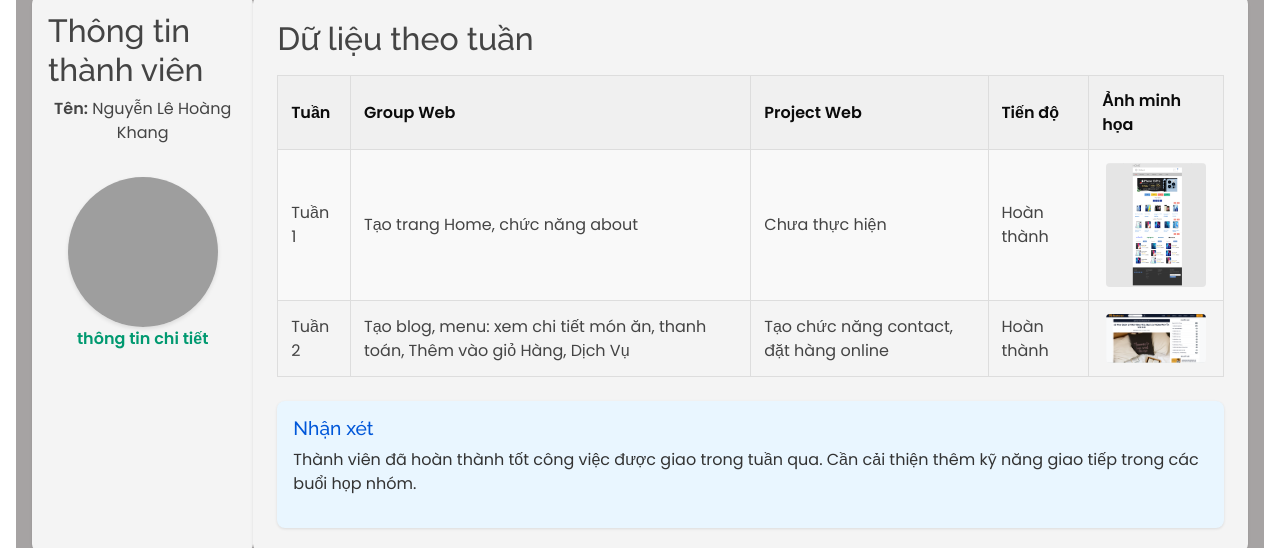
Repository: HoangKhangKhuPho4/Group_Web
Page: results.html
An editor plug-in stored every save of this project. The page is shown before and after the next save, followed by the edit.
The browser window is 1280 px wide. The pictures show the part of the page from y = 1113 to 1661 px (the page is 3095 px tall).
Pictures or frames that could not be fetched are drawn as grey boxes. A picture or video elsewhere on the page could not be fetched, so the positions and the page height are approximate.

Above is the page before, as saved 2025-01-18 19:52:52.

### results.html
<!DOCTYPE html>
<html lang="en">
<head>
    <meta charset="UTF-8">
    <meta name="viewport" content="width=device-width, initial-scale=1.0">
    <title>Thông tin thành viên</title>
    <!-- Favicons -->
    <link href="assets/img/favicon.png" rel="icon" />
    <link href="assets/img/apple-touch-icon.png" rel="apple-touch-icon" />

    <!-- Google Fonts -->
    <link
      href="https://fonts.googleapis.com/css?family=Open+Sans:300,300i,400,400i,600,600i,700,700i|Raleway:300,300i,400,400i,500,500i,600,600i,700,700i|Poppins:300,300i,400,400i,500,500i,600,600i"
      rel="stylesheet"
    />

    <!-- Vendor CSS Files -->
    <link href="assets/vendor/aos/aos.css" rel="stylesheet" />
    <link
      href="assets/vendor/bootstrap/css/bootstrap.min.css"
      rel="stylesheet"
    />
    <link
      href="assets/vendor/bootstrap-icons/bootstrap-icons.css"
      rel="stylesheet"
    />
    <link href="assets/vendor/boxicons/css/boxicons.min.css" rel="stylesheet" />
    <link
      href="assets/vendor/glightbox/css/glightbox.min.css"
      rel="stylesheet"
    />
    <link href="assets/vendor/remixicon/remixicon.css" rel="stylesheet" />
    <link href="assets/vendor/swiper/swiper-bundle.min.css" rel="stylesheet" />

    <!-- Bootstrap Icons -->
    <link
      href="https://cdn.jsdelivr.net/npm/bootstrap-icons@1.10.5/font/bootstrap-icons.css"
      rel="stylesheet"
    />

    <!-- Template Main CSS File -->
    <link href="assets/css/style.css" rel="stylesheet" />
    <link rel="stylesheet" href="css\result.css">
</head>
<body>
    <!-- ======= Header ======= -->
    <header id="header" class="fixed-top d-flex align-items-center">
        <div class="container-header">
            <div class="header-container d-flex align-items-center justify-content-between">
                <div class="logo">
                    <h1 class="text-light">
                        <a href="index.html"><span>Group 15</span></a>
                    </h1>
                </div>

                <nav id="navbar" class="navbar">
                    <ul>
                        <li>
                            <a class="nav-link scrollto " href="index.html">Home</a>
                        </li>
                        <li><a class="nav-link scrollto" href="about.html">About</a></li>
                        <li>
                            <a class="nav-link scrollto" href="groupDiary.html">Group Diary</a>
                        </li>
                        <li>
                            <a class="nav-link scrollto" href="technical.html">Technical</a>
                        </li>
                        <li>
                            <a class="nav-link scrollto" href="styleguide.html">Style Guide</a>
                        </li>
                        <li>
                            <a class="nav-link scrollto active" href="results.html">Results</a>
                        </li>
                        <li>
                            <a class="nav-link scrollto" href="project.html">Project</a>
                        </li>
                        <li>
                            <a class="nav-link scrollto" href="contact.html">Contact</a>
                        </li>
                    </ul>
                    <i class="bi bi-list mobile-nav-toggle"></i>
                </nav>
                <!-- .navbar -->
            </div>
            <!-- End Header Container -->
        </div>
    </header>

    <div class="container-content">
        <div class="main-content">
            <div class="member-info">
                <h2>Thông tin thành viên</h2>
                <div class="member-card">
                    <p><strong>Tên:</strong> Dương Quốc Toàn</p>
                    <img src="assets/img/team/team-1.jpg" alt="Ảnh thành viên" class="member-photo">
                    <p><strong><a href="https://www.facebook.com/share/KgZ8NYxNgyUj9bbq/">thông tin chi tiết</a></strong></p>
                </div>
            </div>
            <div class="weekly-data">
                <h2>Dữ liệu theo tuần</h2>
                <table>
                    <thead>
                        <tr>
                            <th>Tuần</th>
                            <th>Công việc đã làm</th>
                            <th>Tiến độ</th>
                            <th>Ảnh minh họa</th>
                        </tr>
                    </thead>
                    <tbody>
                        <tr>
                            <td>Tuần 1</td>
                            <td>Tạo chức năng Group Diary</td>
                            <td>Hoàn thành</td>
                            <td>
                                <img src="img\project\groupDiary.png" alt="Ảnh tuần 1" class="week-photo">
                            </td>
                        </tr>
                        <tr>
                            <td>Tuần 2</td>
                            <td>Tạo home:giới thiệu món ăn, đầu bếp,các chương trình khuyến mãi</td>
                            <td>Đang thực hiện</td>
                            <td>
                                <img src="assets\img\project\Home_Group11_Figma.jpg" alt="Ảnh tuần 2" class="week-photo">
                            </td>
                        </tr>
                    </tbody>
                </table>
                <div class="feedback">
                    <h3>Nhận xét</h3>
                    <p>Thành viên đã hoàn thành tốt công việc được giao trong tuần qua. Cần cải thiện thêm kỹ năng giao tiếp trong các buổi họp nhóm.</p>
                </div>
            </div>
        </div>
        <div class="main-content">
            <div class="member-info">
                <h2>Thông tin thành viên</h2>
                <div class="member-card">
                    <p><strong>Tên:</strong> Đặng Thị Mỹ Hạnh</p>
                    <img src="assets/img/team/team-2.jpg" alt="Ảnh thành viên" class="member-photo">
                    <p><strong><a href="https://www.facebook.com/profile.php?id=100024623842401">thông tin chi tiết</a></strong></p>
                </div>
            </div>
            <div class="weekly-data">
                <h2>Dữ liệu theo tuần</h2>
                <table>
                    <thead>
                        <tr>
                            <th>Tuần</th>
                            <th>Công việc đã làm</th>
                            <th>Tiến độ</th>
                            <th>Ảnh minh họa</th>
                        </tr>
                    </thead>
                    <tbody>
                        <tr>
                            <td>Tuần 1</td>
                            <td>Tạo chức năng Style Guide, Result</td>
                            <td>Hoàn thành</td>
                            <td>
                                <img src="img\project\styleGiay.png" alt="Ảnh tuần 1" class="week-photo">
                            </td>
                        </tr>
                        <tr>
                            <td>Tuần 2</td>
                            <td>Tạo chức năng contact, đặt hàng online</td>
                            <td>Đang thực hiện</td>
                            <td>
                                <img src="img\project\contactFigma.jpg" alt="Ảnh tuần 2" class="week-photo">
                            </td>
                        </tr>
                    </tbody>
                </table>
                <div class="feedback">
                    <h3>Nhận xét</h3>
                    <p>Thành viên đã hoàn thành tốt công việc được giao trong tuần qua. Cần cải thiện thêm kỹ năng giao tiếp trong các buổi họp nhóm.</p>
                </div>
            </div>
        </div>
   <!-- ...existing code... -->
<div class="main-content">
    <div class="member-info">
        <h2>Thông tin thành viên</h2>
        <div class="member-card">
            <p><strong>Tên:</strong> Nguyễn Lê Hoàng Khang</p>
            <img src="assets/img/team/team-3.png" alt="Ảnh thành viên" class="member-photo">
            <p><strong><a href="https://www.facebook.com/profile.php?id=100088292157574&locale=vi_VN">thông tin chi tiết</a></strong></p>
        </div>
    </div>
    <div class="weekly-data">
        <h2>Dữ liệu theo tuần</h2>
        <table>
            <thead>
                <tr>
                    <th>Tuần</th>
                    <th>Group Web</th>
                    <th>Project Web</th>
                    <th>Tiến độ</th>
                    <th>Ảnh minh họa</th>
                </tr>
            </thead>
            <tbody>
                <tr>
                    <td>Tuần 1</td>
                    <td>Tạo trang Home, chức năng about</td>
                    <td>Chưa thực hiện</td>
                    <td>Hoàn thành</td>
                    <td>
                        <img src="img\project\home.png" alt="Ảnh tuần 1" class="week-photo">
                    </td>
                </tr>
                <tr>
                    <td>Tuần 2</td>
                    <td>Tạo blog, menu: xem chi tiết món ăn, thanh toán, Thêm vào giỏ Hàng, Dịch Vụ</td>
                    <td>Tạo chức năng contact, đặt hàng online</td>
                    <td>Hoàn thành</td>
                    <td>
                        <img src="img\project\bolg.png" alt="Ảnh tuần 2" class="week-photo">
                    </td>
                </tr>
            </tbody>
        </table>
        <div class="feedback">
            <h3>Nhận xét</h3>
            <p>Thành viên đã hoàn thành tốt công việc được giao trong tuần qua. Cần cải thiện thêm kỹ năng giao tiếp trong các buổi họp nhóm.</p>
        </div>
    </div>
</div>
<!-- ...existing code... -->
        <div class="main-content">
            <div class="member-info">
                <h2>Thông tin thành viên</h2>
                <div class="member-card">
                    <p><strong>Tên:</strong> Võ Hoàng Nam</p>
                    <img src="assets/img/team/team-4.jpg" alt="Ảnh thành viên" class="member-photo">
                    <p><strong><a href="https://www.facebook.com/profile.php?id=100053449847355&mibextid=kFxxJD">thông tin chi tiết</a></strong></p>
                </div>
            </div>
            <div class="weekly-data">
                <h2>Dữ liệu theo tuần</h2>
                <table>
                    <thead>
                        <tr>
                            <th>Tuần</th>
                            <th>Công việc đã làm</th>
                            <th>Tiến độ</th>
                            <th>Ảnh minh họa</th>
                        </tr>
                    </thead>
                    <tbody>
                        <tr>
                            <td>Tuần 1</td>
                            <td>Tạo chức năng Project</td>
                            <td>Hoàn thành</td>
                            <td>
                                <img src="img\project\project.png" alt="Ảnh tuần 1" class="week-photo">
                            </td>
                        </tr>
                        <tr>
                            <td>Tuần 2</td>
                            <td>Tạo chức năng book a table, search</td>
                            <td>Hoàn thành</td>
                            <td>
                                <img src="img\project\bookATable.png" alt="Ảnh tuần 2" class="week-photo">
                            </td>
                        </tr>
                    </tbody>
                </table>
                <div class="feedback">
                    <h3>Nhận xét</h3>
                    <p>Thành viên đã hoàn thành tốt công việc được giao trong tuần qua. Cần cải thiện thêm kỹ năng giao tiếp trong các buổi họp nhóm.</p>
                </div>
            </div>
        </div>
        <div class="main-content">
            <div class="member-info">
                <h2>Thông tin thành viên</h2>
                <div class="member-card">
                    <p><strong>Tên:</strong> Hà Huy Dũng</p>
                    <img src="assets/img/team/team-5.jpg" alt="Ảnh thành viên" class="member-photo">
                    <p><strong><a href="https://www.facebook.com/profile.php?id=100010432057735">thông tin chi tiết</a></strong></p>
                </div>
            </div>
            <div class="weekly-data">
                <h2>Dữ liệu theo tuần</h2>
                <table>
                    <thead>
                        <tr>
                            <th>Tuần</th>
                            <th>Công việc đã làm</th>
                            <th>Tiến độ</th>
                            <th>Ảnh minh họa</th>
                        </tr>
                    </thead>
                    <tbody>
                        <tr>
                            <td>Tuần 1</td>
                            <td>Tạo chức năng Technical, contact</td>
                            <td>Hoàn thành</td>
                            <td>
                                <img src="img\project\contact.png" alt="Ảnh tuần 1" class="week-photo">
                            </td>
                        </tr>
                        <tr>
                            <td>Tuần 2</td>
                            <td>Tạo chức năng login, thông tin khách hàng</td>
                            <td>Hoàn thành</td>
                            <td>
                                <img src="img\project\login1.jpg" alt="Ảnh tuần 2" class="week-photo">
                            </td>
                        </tr>
                    </tbody>
                </table>
                <div class="feedback">
                    <h3>Nhận xét</h3>
                    <p>Thành viên đã hoàn thành tốt công việc được giao trong tuần qua. Cần cải thiện thêm kỹ năng giao tiếp trong các buổi họp nhóm.</p>
                </div>
            </div>
        </div>
        <!-- End Contact Section -->
    <footer id="footer">
        <div class="footer-container">
            <div class="footer-column">
                <h4>About Us</h4>
                <p>
                    We are a team of passionate individuals dedicated to delivering the
                    best services to our clients. Our mission is to provide innovative
                    solutions and exceptional customer service.
                </p>
            </div>
            <div class="footer-column">
                <h4>Useful Links</h4>
                <ul>
                    <li><a href="index.html">Home</a></li>
                    <li><a href="about.html">About Us</a></li>
                    <li><a href="services.html">Services</a></li>
                    <li><a href="terms.html">Terms of Service</a></li>
                    <li><a href="privacy.html">Privacy Policy</a></li>
                </ul>
            </div>
            <div class="footer-column">
                <h4>Services</h4>
                <ul>
                    <li><a href="#">Web Design</a></li>
                    <li><a href="#">Web Development</a></li>
                    <li><a href="#">Marketing</a></li>
                    <li><a href="#">Graphic Design</a></li>
                    <li><a href="#">Technical Support</a></li>
                </ul>
            </div>
            <div class="footer-column">
                <h4>Contact Us</h4>
                <p>
                    123 ABC Street, XYZ District<br />
                    City, Country<br />
                    Phone: +84 123 456 789<br />
                    Email: info@example.com
                </p>
            </div>
        </div>
    </footer>
        <div class="footer-bottom">
            <div class="container d-md-flex py-4">
                <div class="me-md-auto text-center text-md-start">
                    <div class="copyright">
                        &copy; Copyright <strong><span>Group 15</span></strong>. All Rights Reserved
                    </div>
                    <div class="credits">Designed by <a href="#">Group 15</a></div>
                </div>
                <div class="social-links text-center text-md-right pt-3 pt-md-0">
                    <a href="#" class="twitter" title="Twitter"><i class="bx bxl-twitter"></i></a>
                    <a href="#" class="facebook" title="Facebook"><i class="bx bxl-facebook"></i></a>
                    <a href="#" class="instagram" title="Instagram"><i class="bx bxl-instagram"></i></a>
                    <a href="#" class="google-plus" title="Skype"><i class="bx bxl-skype"></i></a>
                    <a href="#" class="linkedin" title="LinkedIn"><i class="bx bxl-linkedin"></i></a>
                </div>
            </div>
        </div>


</div>
</body>

</html>

### css/result.css
/* styles.css */
body {
    font-family: Arial, sans-serif;
    margin: 0;
    padding: 0;
    background-color: #f9f9f9;
    font-family: 'Poppins', sans-serif;
    background-color: #f8f9fa;
}
header#header {
    height: 80px; /* Chiều cao header */
    position: fixed;
    top: 0;
    left: 0;
    width: 100%;
    z-index: 1000;
    background-color: #fff; /* Đặt màu nền để header không bị trong suốt */
    box-shadow: 0 2px 4px rgba(0, 0, 0, 0.1); /* Tùy chọn: thêm bóng cho header */
}
.container-header {
    max-width: 1200px;
    margin: 0 auto;
    padding: 1rem; margin;
    background: white;
    border-radius: 8px;
    top: 0;
    left: 0;
    width: 100%;
    height: 80px; /* hoặc chiều cao tùy ý */
    position: fixed; /* Đảm bảo header cố định */
    z-index: 1000; /* Giữ header luôn trên cùng */
}
.container-content {
    margin: 0 auto;
    padding: 1rem;
    background: white;
    margin-top: 50px;
    border-radius: 8px;
}

.main-content {
    display: flex;
    background-color: #a6a3a3;
    padding-top: 0;
    padding: 1rem;

}
.member-info {
    flex: 0.5;
    background: #f4f4f4;
    padding: 1rem;
    box-shadow: 0 1px 3px rgba(0, 0, 0, 0.1);
    border-radius: 8px;
}
.member-card {
    text-align: center;
}
.member-photo {
    width: 150px;
    height: 150px;
    border-radius: 50%;
    margin-top: 1rem;
    box-shadow: 0 2px 4px rgba(0, 0, 0, 0.1);
}
.weekly-data {
    flex: 2.5;
    background: #f4f4f4;
    padding: 1.5rem;
    border-radius: 8px;
    box-shadow: 0 1px 3px rgba(0, 0, 0, 0.1);
}
table {
    text-align: center;
    width: 100%;
    border-collapse: collapse;
    margin-top: 1rem;
}
thead {
    background-color: #0057D9;
    color: rgb(11, 11, 11);
}
th, td {
    padding: 0.75rem;
    text-align: left;
    border: 1px solid #ddd;
}
.week-photo {
    width: 100px;
    height: auto;
    border-radius: 4px;
    display: block;
    margin: 0 auto;
}
tbody tr:nth-child(odd) {
    background-color: #f9f9f9;
}
tbody tr:nth-child(even) {
    background-color: #f4f4f4;
}
.weekly-data th, .weekly-data td {
    padding: 0.8rem;
    border: 1px solid #ddd;
    text-align: left;
}
.weekly-data th {
    background-color: #f0f0f0;
    font-weight: bold;
}
.feedback {
    margin-top: 1.5rem;
    padding: 1rem;
    background: #e9f6ff;
    border-radius: 8px;
    box-shadow: 0 1px 3px rgba(0, 0, 0, 0.1);
}
.feedback h3 {
    font-size: 1.2rem;
    margin-bottom: 0.5rem;
    color: #0057D9;
}
.feedback p {
    font-size: 1rem;
    line-height: 1.5;
    color: #333;
}
.footer {
    text-align: center;
    padding: 1rem;
    margin-top: 2rem;
    background: #0057D9;
    color: white;
    border-radius: 0 0 8px 8px;
}

Loaded but not shown: assets/vendor/aos/aos.css (library); assets/vendor/bootstrap/css/bootstrap.min.css (library); assets/vendor/bootstrap-icons/bootstrap-icons.css (library); assets/vendor/boxicons/css/boxicons.min.css (library); assets/vendor/glightbox/css/glightbox.min.css (library); assets/vendor/remixicon/remixicon.css (library); assets/vendor/swiper/swiper-bundle.min.css (library); assets/css/style.css (862 lines, source omitted)

After the next save:
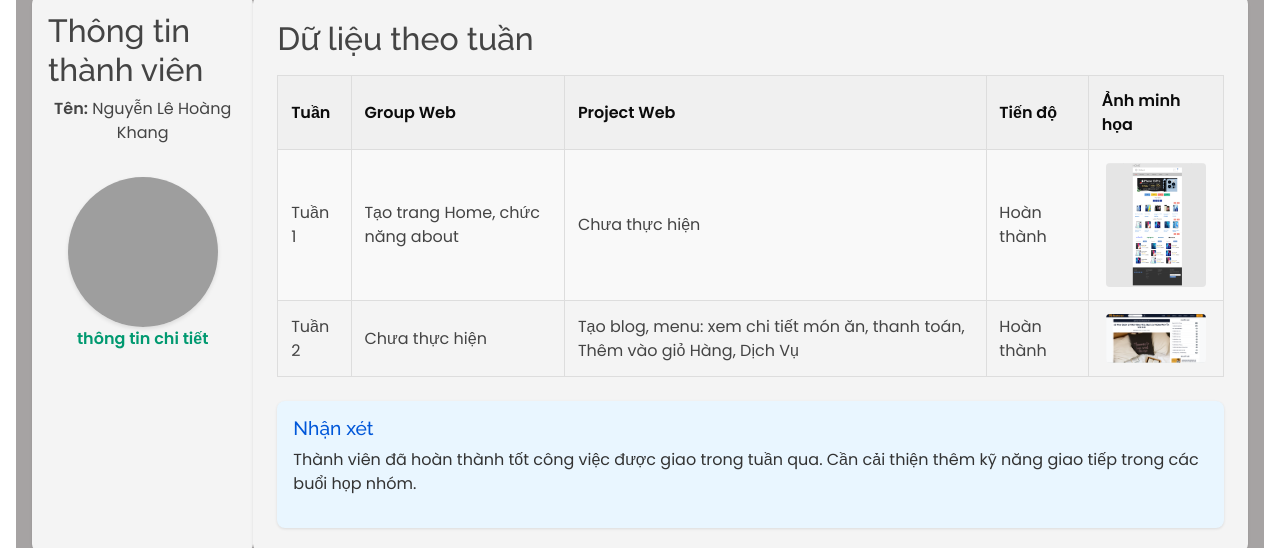
Saved 26 s later.
--- a/results.html
+++ b/results.html
@@ -211,8 +211,8 @@
                 </tr>
                 <tr>
                     <td>Tuần 2</td>
+                    <td>Chưa thực hiện</td>
                     <td>Tạo blog, menu: xem chi tiết món ăn, thanh toán, Thêm vào giỏ Hàng, Dịch Vụ</td>
-                    <td>Tạo chức năng contact, đặt hàng online</td>
                     <td>Hoàn thành</td>
                     <td>
                         <img src="img\project\bolg.png" alt="Ảnh tuần 2" class="week-photo">
